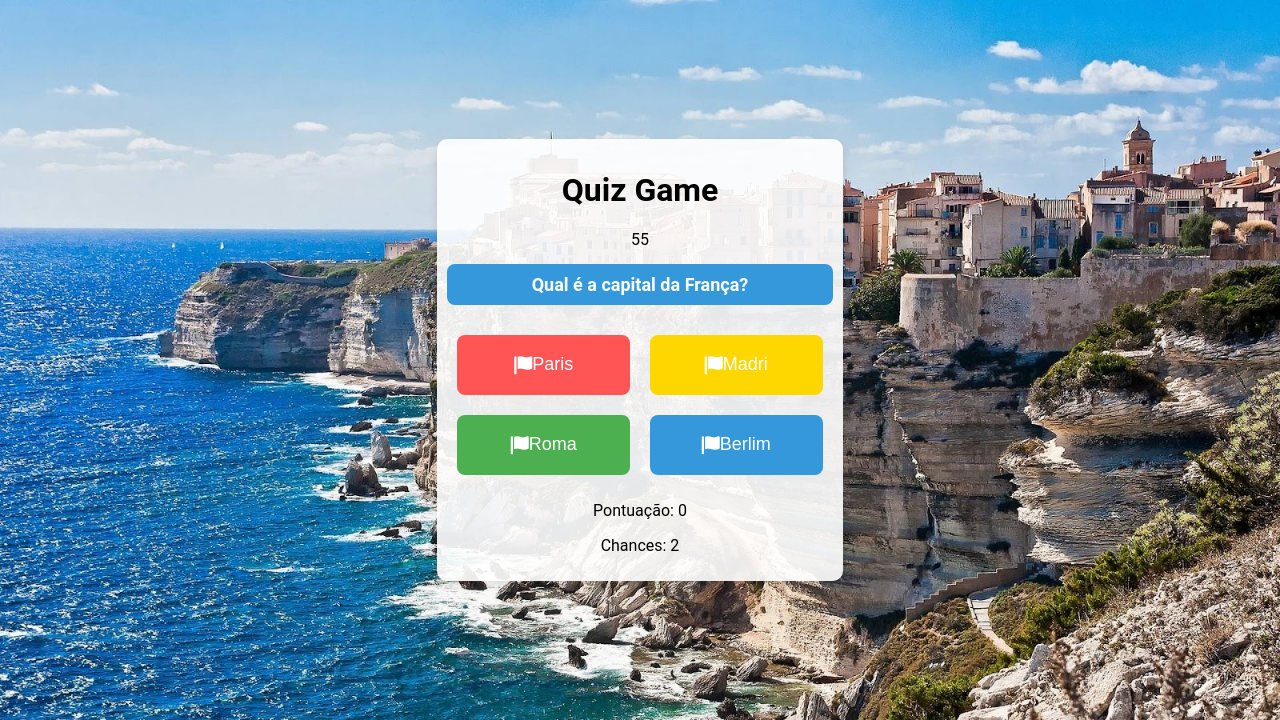
Repository: Matheus904-12/Quizz
Page: index.html
The author's editor kept a copy of each file at every save. The page is drawn from the files as they stood at one save, then again after a run of saves.
The browser window is 1280 px wide. The pictures show the whole page.

Above is the page before, as saved 2023-08-21 19:46:08.

After the next 2 saves:
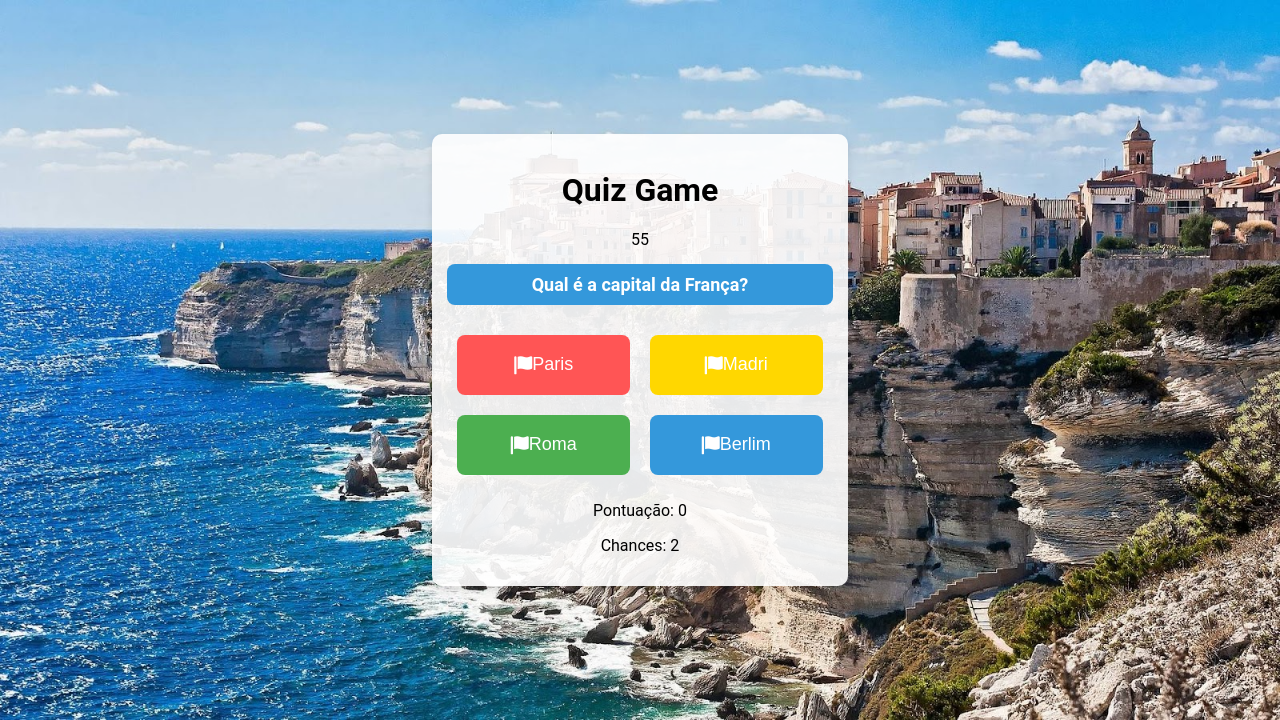
The 2 saves are shown as one change because they came seconds apart.
The last was saved 16 s later.
--- a/style.css
+++ b/style.css
@@ -13,7 +13,7 @@ body {
 
 .quiz-container {
     max-width: 600px; /* Aumentando a largura da caixa de pergunta */
-    padding: 10px;
+    padding: 15px;
     background-color: rgba(255, 255, 255, 0.9);
     border-radius: 10px;
     box-shadow: 0px 4px 8px rgba(0, 0, 0, 0.1);
